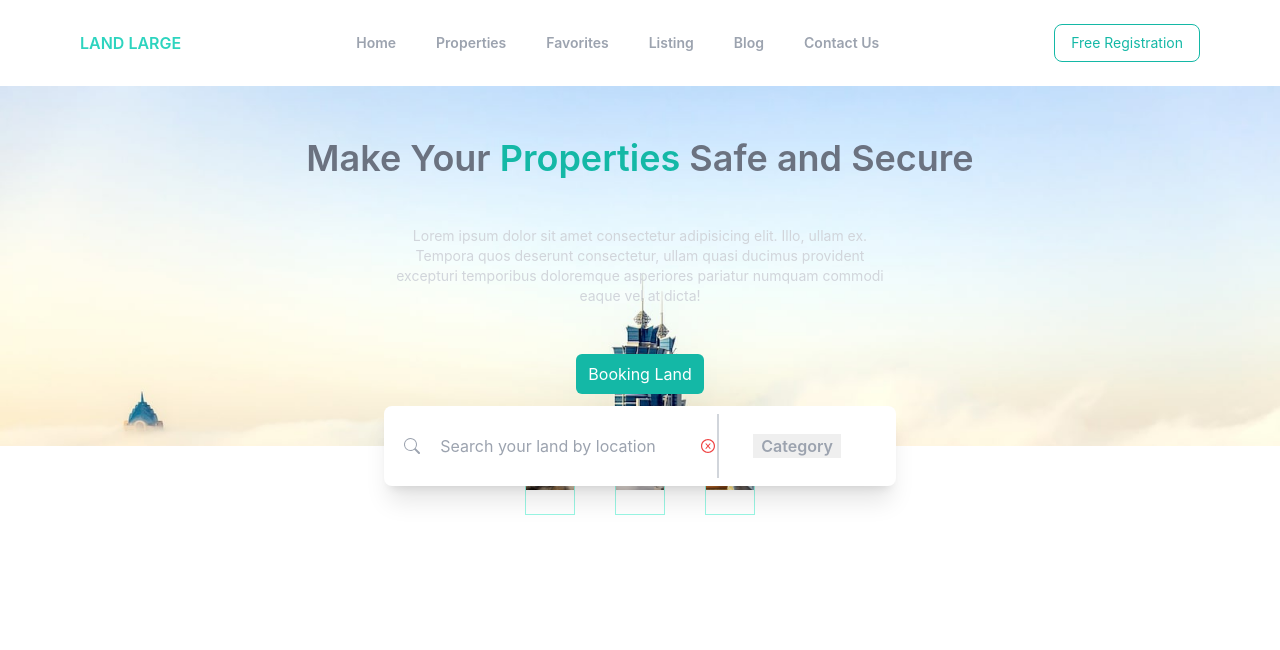
Repository: MuniruIssah/realestate
Page: /
These files come from the project's save history. The page is drawn as it stood at one moment and after the next save; the edit follows.
The browser window is 1280 px wide. The pictures show the whole page.
The project was rebuilt for these pictures with package versions that can differ from the ones it lists, and the page was loaded fresh each time. Also part of the build but not shown: src/App.css.

Above is the page before, as saved 2022-02-19 23:11:24.

### src/App.js
import logo from "./logo.svg";
import "./App.css";
import Header from "./components/Header";
import Jumbotron from "./components/Jumbotron";
import Search from "./components/Search";
import Services from "./components/Services";

function App() {
  return (
    <div className="h-screen">
      <Header />
      <Jumbotron />
      <Search />
      <Services />
    </div>
  );
}

export default App;

### src/components/Header.js
import React from "react";
const links = [
  "Home",
  "Properties",
  "Favorites",
  "Listing",
  "Blog",
  "Contact Us",
];
const Header = () => {
  return (
    <div className="flex justify-between items-center px-3 lg:px-20 py-6">
      <span className="uppercase text-teal-400  font-semibold">land large</span>
      <div className="hidden lg:flex space-x-10 items-center">
        {links.map((link, index) => (
          <LinkItem key={index} name={link} />
        ))}
      </div>
      <button className="text-teal-500 border border-teal-500 rounded rounded-lg py-2 px-4 text-sm">
          Free Registration
      </button>
    </div>
  );
};

export default Header;

const LinkItem = ({ name }) => {
  return (
    <a href="#" className="text-gray-400 hover:text-teal-500 font-semibold text-sm">
      {name}
    </a>
  );
};

### src/components/Jumbotron.js
import React from "react";
import building from "../assets/building_cloud.jpg";
const Jumbotron = () => {
  return (
    <div
      style={{ backgroundImage: `url(${building})` }}
      className="h-3/6 flex flex-col justify-center items-center space-y-12 w-full  bg-no-repeat bg-cover"
    >
      <span className="lg:text-4xl text-gray-500 text-center font-semibold">
        Make Your <span className="text-teal-500">Properties</span> Safe and
        Secure
      </span>
      <p className="text-gray-300 text-sm text-center max-w-lg">
        Lorem ipsum dolor sit amet consectetur adipisicing elit. Illo, ullam ex.
        Tempora quos deserunt consectetur, ullam quasi ducimus provident
        excepturi temporibus doloremque asperiores pariatur numquam commodi
        eaque vel at dicta!
      </p>
      <button className="text-white bg-teal-500 py-2 px-3 rounded rounded-md">
          Booking Land
      </button>
    </div>
  );
};

export default Jumbotron;

### src/components/Search.js
import React from "react";
import { BsSearch } from "react-icons/bs";
import { AiOutlineCloseCircle } from "react-icons/ai";
const Search = () => {
  return (
    <div className="hidden lg:block  h-26 relative w-full bg-blue-600">
      <div className="absolute h-20 w-full  -top-10">
        <div className="flex shadow shadow-xl h-full w-2/5 rounded rounded-lg bg-white mx-auto px-5 py-2">
          <div className="basis-2/3 flex items-center justify-center border-r-2 border-gray-300 space-x-5 ">
            <BsSearch className="text-gray-400" />
            <input
              type="text"
              className="w-60 outline-none text-gray-400"
              placeholder="Search your land by location"
            />
            <AiOutlineCloseCircle className="text-red-500" />
          </div>
          <div className="flex justify-center items-center basis-1/3">
            <select
              name="category"
              className="text-gray-400 outline-none px-2 font-semibold appearance-none"
              id=""
            >
              <option>Category</option>
            </select>
          </div>
        </div>
      </div>
    </div>
  );
};

export default Search;

### src/components/Services.js
import React from "react";
import interior from "../assets/interior.jpg";
import R from "../assets/R.png";
import building_cloud from "../assets/building_cloud.jpg";

const servicesList = [
  {
    image: building_cloud,
    service: "Beautiful Interiors",
  },
  {
    image: R,
    service: "Huge Parking Lot",
  },
  {
    image: interior,
    service: "Relaxing Places",
  },
];
const Services = () => {
  return (
    <div className="h-6 w-full flex flex-col justify-center items-center space-y-7">
      <h2 className="text-gray-700 text-lg">What You'll Get from Us</h2>
      <div className="md:flex md:space-x-10 justify-center items-center">
        {servicesList.map((service, index) => (
          <ServicesCard key={index} {...service} />
        ))}
      </div>
    </div>
  );
};

export default Services;

const ServicesCard = ({ image, name }) => {
  return (
    <div className="group flex-1 border border-teal-200 hover:bg-teal-500 hover:ring-teal-500">
      <img src={image} alt="service" className="w-full h-8 object-cover" />
      <span className="my-2 px-2 text-gray-600 group-hover:text-white">
        {name}
      </span>
      <button className="py-2 px-3 bg-white text-teal-500 group-hover:block hidden">
        Know More
      </button>
    </div>
  );
};

Loaded but not shown: public/index.html (common file); src/index.js (common file); src/index.css (common file); src/reportWebVitals.js (common file); tailwind.config.js (common file)

After the next save:
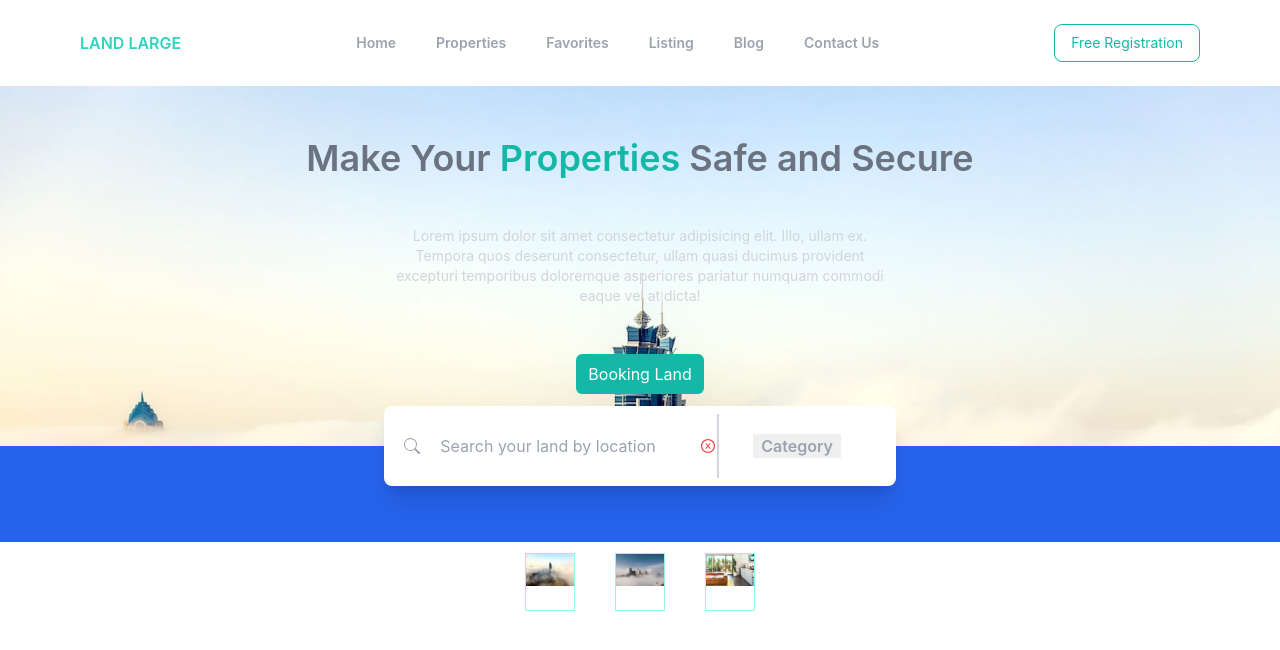
Saved 28 s later.
--- a/src/components/Search.js
+++ b/src/components/Search.js
@@ -3,7 +3,7 @@ import { BsSearch } from "react-icons/bs";
 import { AiOutlineCloseCircle } from "react-icons/ai";
 const Search = () => {
   return (
-    <div className="hidden lg:block  h-26 relative w-full bg-blue-600">
+    <div className="hidden lg:block  h-24 relative w-full bg-blue-600">
       <div className="absolute h-20 w-full  -top-10">
         <div className="flex shadow shadow-xl h-full w-2/5 rounded rounded-lg bg-white mx-auto px-5 py-2">
           <div className="basis-2/3 flex items-center justify-center border-r-2 border-gray-300 space-x-5 ">
